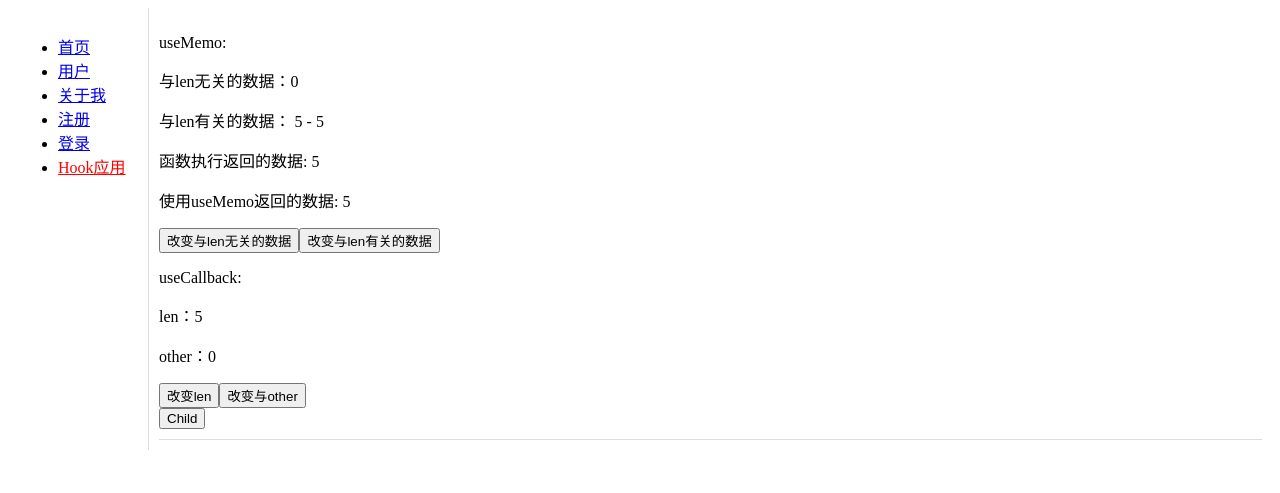
Repository: shellingfordly/js-library-Demo
Page: /hook (app in demo/react/demo/)
These files come from the project's save history. The page is drawn as it stood at one moment and after the next save; the edit follows.
The browser window is 1280 px wide. The pictures show the whole page.
The project was rebuilt for these pictures with package versions that can differ from the ones it lists, and the page was loaded fresh each time. Also part of the build but not shown: demo/react/demo/src/views/home/components/UseReducer.js, demo/react/demo/src/views/home/components/SetTimeout.js, demo/react/demo/src/views/home/hook/context.js, demo/react/demo/src/views/home/components/context/useContext.js, demo/react/demo/src/views/home/components/context/contextType.js, demo/react/demo/src/views/home/components/context/consumer.js, demo/react/demo/src/views/home/utils/highComponent.js, demo/react/demo/src/views/home/Home.js and 12 more.

Above is the page before, as saved 2021-01-18 08:34:14.

After the next save:
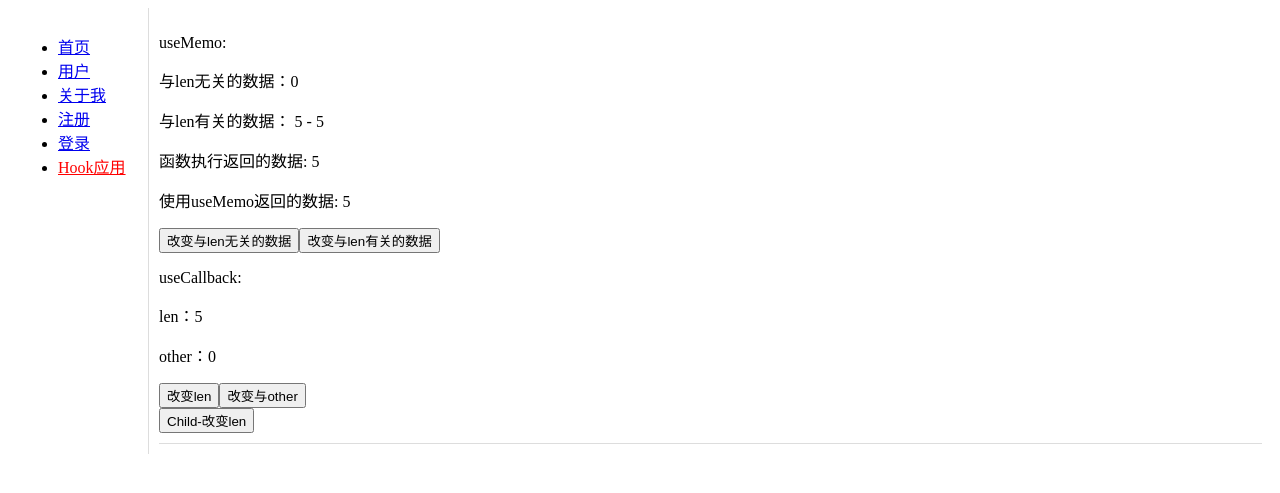
Saved 24 s later.
--- a/demo/react/demo/src/views/HookComponent/components/useCallback.js
+++ b/demo/react/demo/src/views/HookComponent/components/useCallback.js
@@ -24,7 +24,7 @@ function Child(props){
   const {addLen} = props
   return (
     <div>
-      <button onClick={addLen}>Child</button>
+      <button onClick={addLen}>Child-改变len</button>
     </div>
   )
 }
